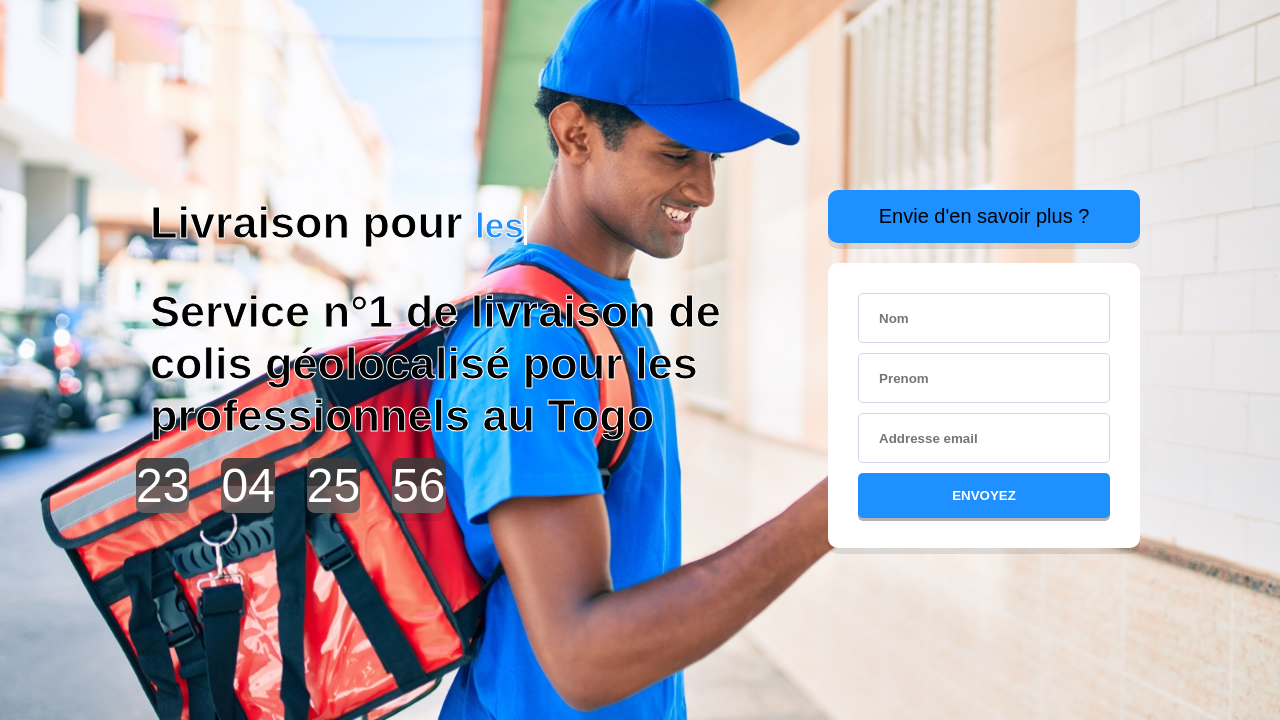
Repository: lawalalao/landpage
Page: index.html
The author's editor kept a copy of each file at every save. The page is drawn from the files as they stood at one save, then again after the next save.
The browser window is 1280 px wide. The pictures show the whole page.
Some web fonts or font styles are not loaded; a fallback is used.

Above is the page before, as saved 2021-01-14 17:43:17.
Console error: TypeError: Cannot read properties of null (reading 'addEventListener')

### index.html
<!DOCTYPE html>
<html lang="en">
<head>
    <meta charset="UTF-8">

    <meta name="viewport" content="width=device-width, initial-scale=1.0">
     <link rel="shortcut icon" type="image/x-icon" href="./assets/icone.png">
    <meta http-equiv="refresh" content="30">
    <link rel="preconnect" href="https://fonts.gstatic.com">
    <link href="https://fonts.googleapis.com/css2?family=Allerta+Stencil&display=swap" rel="stylesheet">
    <link rel="stylesheet" href="style.css">
    <title>chapchap</title>
     <meta name="description" content="Service n°1 de livraison de colis géolocalisé pour les professionnels au Togo.comingsoon">
</head>
<body>

        <div class="nav" id="navbar">
            <nav class="navbar navbar-light bg-light">
            <a class="navbar-brand" href="#">
                <img src="./assets/logo.png" width="90" height="90" alt="logo" loading="lazy">
            </a>
            </nav>
        </div>

    <section class="signup">
        <div class="signup-intro">
            <h1 class="z">Livraison pour
                <span class="txt-type" data-wait="500" data-words='["les colis", "les plis", "les marchandises", "le retail", "le dernier Kilometre"]'></span>
            </h1>
            <h1 class="x">Service n°1 de livraison de colis géolocalisé pour les professionnels au Togo</h1>
             <div class="countdown"></div>

        </div>

        <div class="signup-form">
            <div class="tryit-banner">
                <p>Envie d'en savoir plus ? </p>
            </div>

            <form action="https://formspree.io/f/xleollba" method="POST"">
                <input type="text" name="name" placeholder="Nom">
                <input type="text" name="name" placeholder="Prenom">
                <input type="email" name="_replyto"placeholder="Addresse email" required>

                <button class="button">Envoyez</button>

            </form>
        </div>
    </section>
</body>
<script src="./app.js"></script>
<script>  var prevScrollpos = window.pageYOffset;
      window.onscroll = function() {

      var currentScrollpos = window.pageYOffset;
      if(prevScrollpos > currentScrollpos) {
            document.getElementById("navbar").style.top = "0";
      } else {
            document.getElementById("navbar").style.top = "-400px";
      }

      prevScrollpos = currentScrollpos;

      }</script>
</html>

### style.css
body {
    font-family: 'Allerta Stencil',
    sans-serif;
    max-width: 310px;
    margin: 0 auto;
    padding: 20px 20px;
    background: url("./assets/image.jpeg") center no-repeat;
    background-repeat: no-repeat;
    background-size: cover;
    color: Black;
    text-align: center;
}
.nav {
    margin-top: 30px;
    position: fixed;
    z-index: 1000;
    top: 0;
    right: 30px;
    left: 30px;
    height: 35px;
    display: flex;
    flex-direction: row;
    justify-content: space-between;
    align-items: center;
    padding: 0 25px 0 25px;
    background-color: transparent;
    transition: top 0.3s;


}


.nav a {
    float: left;
    font-size: 28px;
    font-weight: bold;
    margin-left: 25px;
    color: black;
    text-decoration: none;

}
.txt-type>.txt {
    font-size: 35px;
    color: #1E90FF;
    border-right: 0.2rem solid white;
}
h1{
     -webkit-text-stroke: 1px white;
     color:black;
}
p {
    font-size: 14px;
}

.tryit-banner {
    background-color:#1E90FF;
    border-radius: 10px;
    margin-top: 50px;
    box-shadow: 0px 6px 0px rgba(0, 0, 0, 0.1);
    font-size: 14px;
}

.tryit-banner p {
    padding: 15px 0;
}

input, button {
    font-family: 'Allerta Stencil',
    sans-serif;
}

form {
    background-color: #fff;
    margin-top: 20px;
    display: flex;
    flex-direction: column;
    padding: 20px;
    border-radius: 10px;
    box-shadow: 0px 6px 0px rgba(0, 0, 0, 0.1);
}

input {
    box-sizing: border-box;
    width: 100%;
    height: 50px;
    padding-left: 20px;
    font-weight: 600;
    border: 1px solid hsl(245, 35%, 87%);
    border-radius: 5px;
    margin-bottom: 10px;
    transition: 0.1s;
}

input:hover {
    border: 1px solid hsl(246, 25%, 77%);
}

.button {
    background-color:#1E90FF;
    font-family: 'Allerta Stencil',
    sans-serif;
    border: none;
    border-radius: 5px;
    box-shadow: 0px 3px 0px rgba(0, 0, 0, 0.3);
    padding: 15px 0;
    text-transform: uppercase;
    color: #fff;
    font-weight: 600;
    transition: 0.5s;
}

.button:hover {
    background-color:#042b52;
}

.form-disclaimer {
    color: hsl(246, 25%, 77%);
    font-size: 10px;
}

.terms {
    text-decoration: none;
    font-weight: 600;
    color: hsl(0, 100%, 74%);
}
 .countdown {

    display: flex;
    margin-left: -30px;

    font-size: 30px;
     font-weight: 200;

 }

 .countdown div {

     background: linear-gradient(to bottom,
             rgba(61, 58, 58, 0.9) 50%,
             rgba(99, 93, 93, 0.9) 0);


     color: white;

     margin: 1rem 1rem 3rem 1rem;
     font-size: 3rem;
     font-weight: 400;
     display: flex;
     justify-content: center;
     align-items: center;
     box-shadow: 0px 8px 0px rgba(0, 0, 0, 0.1);
     border-radius: 8px;

     position: relative;
 }

 .countdown div::before {
     content: "";
     position: absolute;

     height: 0.24rem;
     background-color: #17181b;
 }

 .countdown div::after {
     content: attr(data-content);
     font-size: 6rem;
     font-weight: 400;
     position: absolute;
     bottom: -6rem;
 }

 @media screen and (min-width: 480px) {
     .countdown {
         font-size: 25px;
         display: flex;

     }

     .countdown div {
         display: flex;
         margin: 1rem 1rem 1rem 1rem;
         font-size: 2rem;
         flex-direction: column;
     }

     .countdown div::after {
         font-size: 2rem;
         display: flex;
         flex-direction: column;
         width: 60%;

     }
 }

 @media screen and (min-width: 768px) {
     .countdown {
         font-size: 56px;


     }

     .countdown {
         font-size: 25px;
         display: flex;

     }

     .countdown div {
         display: flex;
         margin: 1rem 1rem 1rem 1rem;
         font-size: 3rem;
         flex-direction: column;
     }

     .countdown div::after {
         font-size: 2.2rem;
         display: flex;
         flex-direction: column;
         width: 60%;

     }

     .signup {
         text-align: center;
     }
 }

 @media screen and (min-width: 1024px) {
     header .content .countdown {
         font-size: 72px;

     }
 }

 @media screen and (min-width: 1280px) {
     .content .countdown {
         font-size: 56px;
     }
 }
@media screen and (min-width: 900px) {
    .nav{
         height: 80px;
    }
    .nav a {
        float: left;
        font-size: 40px;
        font-weight: bold;
        margin-left: 25px;
        color: black;
        text-decoration: none;

    }
    .signup {
        display: flex;
        justify-content: space-between;
    }

    .signup-intro {
        width: 100%;
        margin-left: 10px;
        display: flex;
        flex-direction: column;
        justify-content: center;
        text-align: left;
    }

    .signup-form {
        width: 46%;
      font-family: 'Allerta Stencil',
      sans-serif;

    }

    form {
        padding: 30px;
    }

    body {
        margin:100px auto;
        max-width: 1000px;
        padding: 40px 20px;
        background: url("./assets/image.jpeg") ;
        background-repeat: no-repeat;
        background-size: cover;
        font-family: 'Allerta Stencil',
        sans-serif;
    }

    h1 {
        font-size:45px;
        margin-bottom: 0px;
        -webkit-text-stroke: 1px white;
        color:black;
    }

    p {
        font-size: 20px;
    }
}

### app.js
const countdown = document.querySelector(".countdown");

const interval = setInterval(() => {
  const deadline = new Date(2021,01, 05, 00, 00, 00);

  const current = new Date();

  const diff = deadline - current;

  const days = Math.floor(diff / (1000 * 60 * 60 * 24)) + "";
  const hours = Math.floor((diff / (1000 * 60 * 60)) % 24) + "";
  const minutes = Math.floor((diff / (1000 * 60)) % 60) + "";
  const seconds = Math.floor((diff / 1000) % 60) + "";

  countdown.innerHTML = `
    <div data-content="">${days.length === 1 ? `0${days}` : days}</div>
    <div data-content="">${hours.length === 1 ? `0${hours}` : hours}</div>
    <div data-content="">${
      minutes.length === 1 ? `0${minutes}` : minutes
    }</div>
    <div data-content="">${
      seconds.length === 1 ? `0${seconds}` : seconds
    }</div>
`;

  if (diff < 0) {
    clearInterval(interval);
    countdown.innerHTML = "<h1>Here We Go!!!</h1>";
  }

  document.querySelector(".reset").addEventListener("click", () => {
    clearInterval(interval);

    const divs = document.querySelectorAll(".countdown div");

    divs.forEach((div) => {
      div.innerHTML = "00";
    });
  });
}, 1000);


// ES6 Class
class TypeWriter {
  constructor(txtElement, words, wait = 3000) {
    this.txtElement = txtElement;
    this.words = words;
    this.txt = '';
    this.wordIndex = 0;
    this.wait = parseInt(wait, 10);
    this.type();
    this.isDeleting = false;
  }

  type() {
    // Current index of word
    const current = this.wordIndex % this.words.length;
    // Get full text of current word
    const fullTxt = this.words[current];

    // Check if deleting
    if(this.isDeleting) {
      // Remove char
      this.txt = fullTxt.substring(0, this.txt.length - 1);
    } else {
      // Add char
      this.txt = fullTxt.substring(0, this.txt.length + 1);
    }

    // Insert txt into element
    this.txtElement.innerHTML = `<span class="txt">${this.txt}</span>`;

    // Initial Type Speed
    let typeSpeed = 300;

    if(this.isDeleting) {
      typeSpeed /= 2;
    }

    // If word is complete
    if(!this.isDeleting && this.txt === fullTxt) {
      // Make pause at end
      typeSpeed = this.wait;
      // Set delete to true
      this.isDeleting = true;
    } else if(this.isDeleting && this.txt === '') {
      this.isDeleting = false;
      // Move to next word
      this.wordIndex++;
      // Pause before start typing
      typeSpeed = 500;
    }

    setTimeout(() => this.type(), typeSpeed);
  }
}


// Init On DOM Load
document.addEventListener('DOMContentLoaded', init);

// Init App
function init() {
  const txtElement = document.querySelector('.txt-type');
  const words = JSON.parse(txtElement.getAttribute('data-words'));
  const wait = txtElement.getAttribute('data-wait');
  // Init TypeWriter
  new TypeWriter(txtElement, words, wait);
}

After the next save:
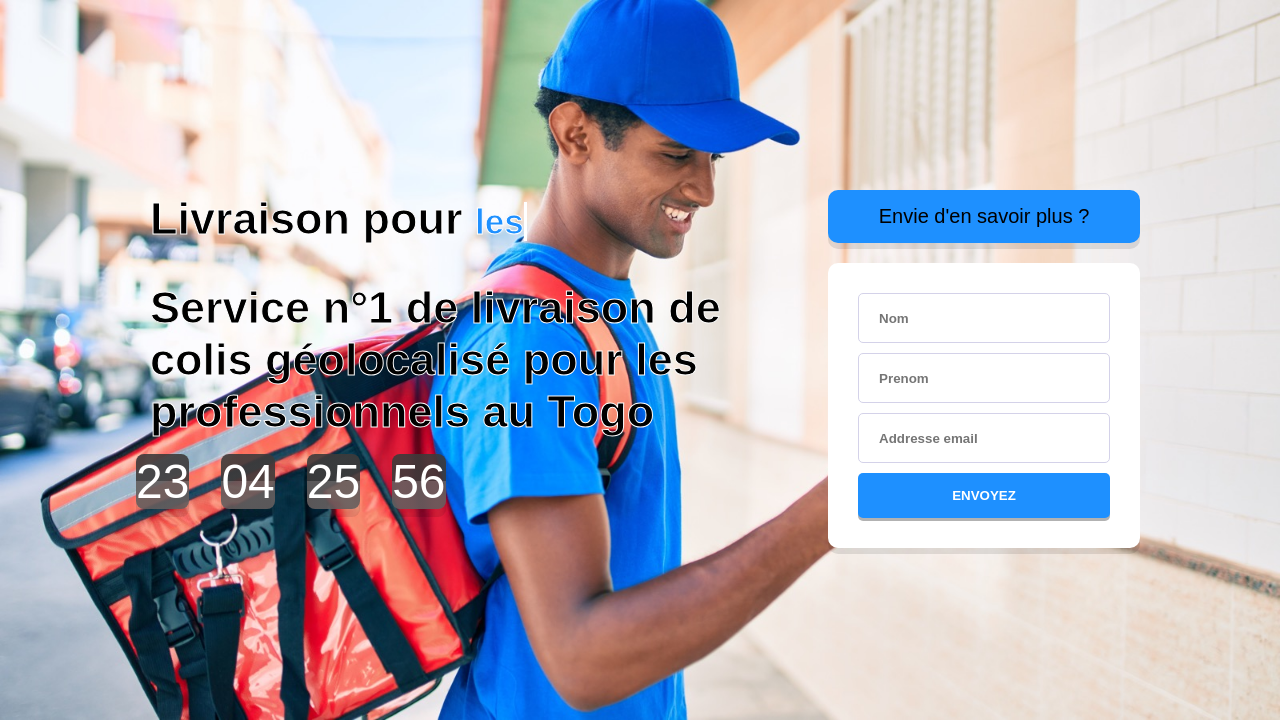
Saved 100 s later.
--- a/style.css
+++ b/style.css
@@ -176,7 +176,9 @@ input:hover {
          display: flex;
 
      }
-
+     .z{
+         margin-top: 30px;
+     }
      .countdown div {
          display: flex;
          margin: 1rem 1rem 1rem 1rem;
